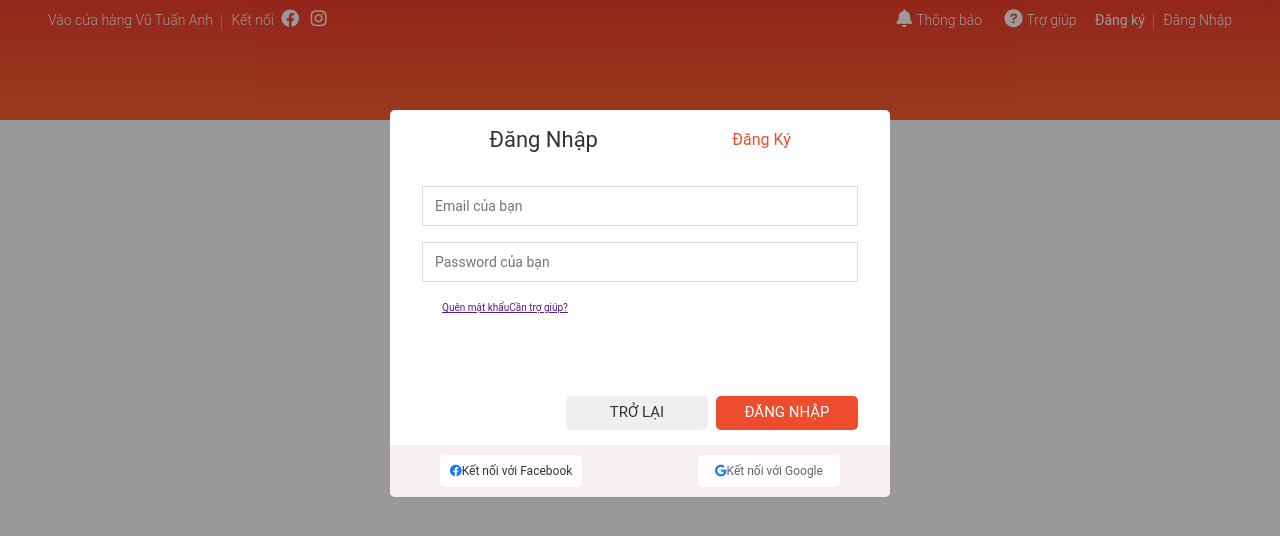
Repository: VuTuanAnh0949/Shopee
Page: index.html
An editor plug-in stored every save of this project. The page is shown before and after the next save, followed by the edit.
The browser window is 1280 px wide. The pictures show the whole page.

Above is the page before, as saved 2022-02-16 15:55:41.

After the next save:
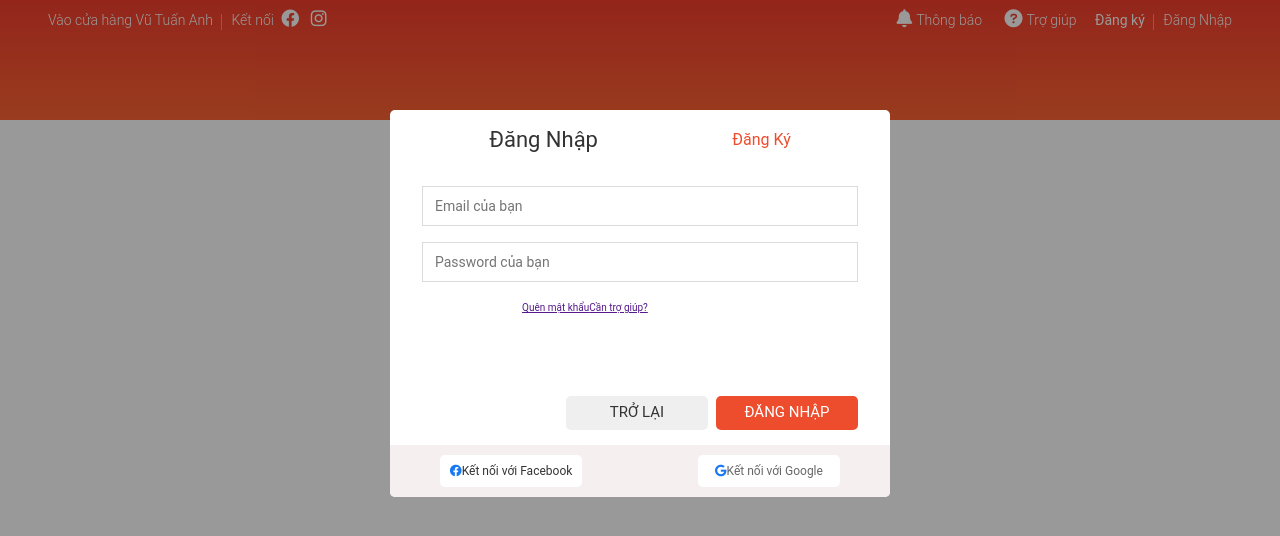
Saved 4 s later.
--- a/assets/css/main.css
+++ b/assets/css/main.css
@@ -315,5 +315,5 @@ margin:10px 50px;
 }
 .auth-form__help{
   display: flex;
-margin-left: 20px;
-}
+margin-left: 100px;
+}
